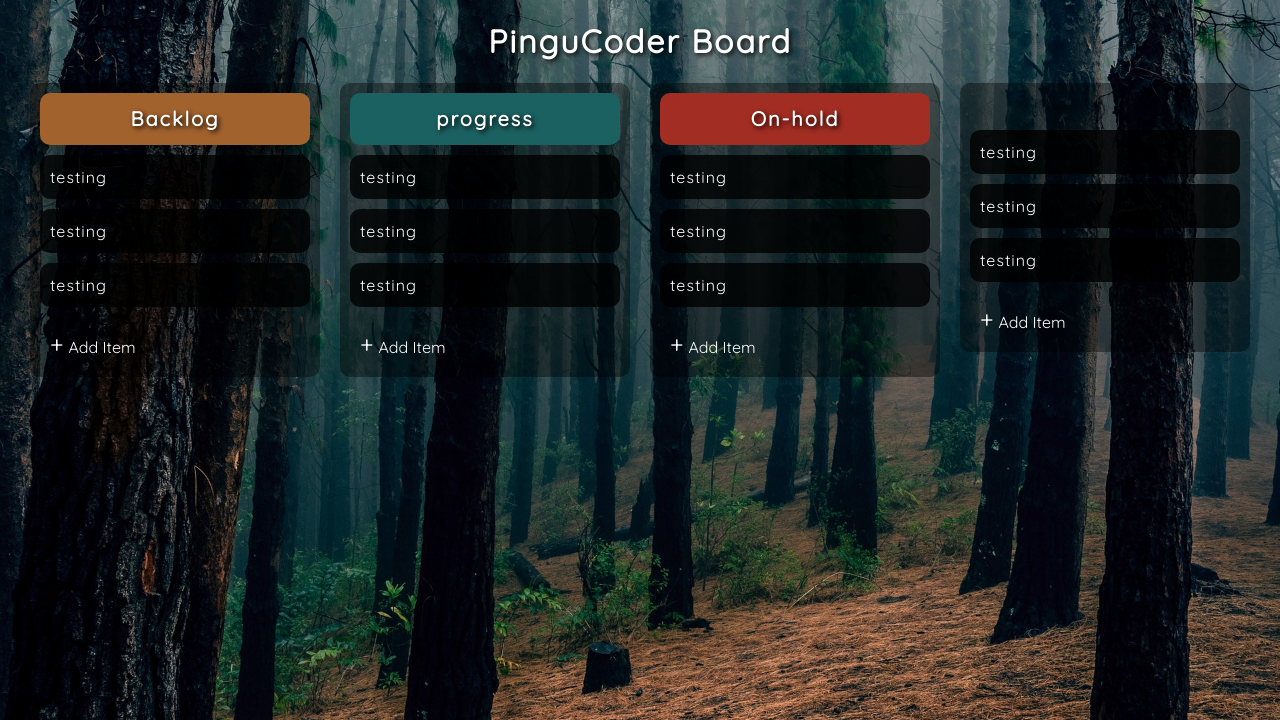
Repository: chanwarichawki/6Drag-And-Drop
Page: index.html
An editor plug-in stored every save of this project. The page is shown before and after a run of saves, followed by the edit.
The browser window is 1280 px wide. The pictures show the whole page.

Above is the page before, as saved 2023-12-25 19:20:03.

### index.html
<!DOCTYPE html>
<html lang="en">
<head>
    <meta charset="UTF-8">
    <meta name="viewport" content="width=device-width, initial-scale=1.0">
    <title>Drag and Drop</title>
    <link rel="icon" type="image/png" href="favicon.png">
    <link rel="stylesheet" href="style.css">
</head>
<body>
    <h1 class="main-title">PinguCoder Board</h1>
    <div class="drag-container">
      <ul class="drag-list">
        <!-- backLog column -->
        <li class="drag-column backlog-column">
        <span class="header">
          <h1>Backlog</h1>
        </span>
        <!-- backLog content -->
        <div class="backlog-content">
          <ul class="drag-item-list" id="backlog-list">
            <li class="drag-item">testing</li>
            <li class="drag-item">testing</li>
            <li class="drag-item">testing</li>
          </ul>
        </div>
        <!-- add button group -->
        <div class="add-btn-group">
          <div class="add-btn">
            <span class="plus-sign">+</span>
            <span>Add Item</span>
          </div>
          <div class="add-btn solid">
            <span>Sve Item</span>
          </div>
          <div class="add-container">
            <div class="add-item"></div>
          </div>
        </div>
      </li>


        <!-- progress column -->
        <li class="drag-column progress-column">
        <span class="header">
          <h1>progress</h1>
        </span>
        <!-- progress content -->
        <div class="progress-content">
          <ul class="drag-item-list" id="progress-list">
            <li class="drag-item">testing</li>
            <li class="drag-item">testing</li>
            <li class="drag-item">testing</li>
          </ul>
        </div>
        <!-- add button group -->
        <div class="add-btn-group">
          <div class="add-btn">
            <span class="plus-sign">+</span>
            <span>Add Item</span>
          </div>
          <div class="add-btn solid">
            <span>Sve Item</span>
          </div>
          <div class="add-container">
            <div class="add-item"></div>
          </div>
        </div>
      </li>


        <!-- on-hold column -->
        <li class="drag-column on-hold-column">
        <span class="header">
          <h1>On-hold</h1>
        </span>
        <!-- on-hold content -->
        <div class="on-hold-content">
          <ul class="drag-item-list" id="on-hold-list">
            <li class="drag-item">testing</li>
            <li class="drag-item">testing</li>
            <li class="drag-item">testing</li>
          </ul>
        </div>
        <!-- add button group -->
        <div class="add-btn-group">
          <div class="add-btn">
            <span class="plus-sign">+</span>
            <span>Add Item</span>
          </div>
          <div class="add-btn solid">
            <span>Sve Item</span>
          </div>
          <div class="add-container">
            <div class="add-item"></div>
          </div>
        </div>
      </li>


        <!--  column -->
        <li class="drag-column -column">
        <span class="header">
          <h1></h1>
        </span>
        <!--  content -->
        <div class="-content">
          <ul class="drag-item-list" id="-list">
            <li class="drag-item">testing</li>
            <li class="drag-item">testing</li>
            <li class="drag-item">testing</li>
          </ul>
        </div>
        <!-- add button group -->
        <div class="add-btn-group">
          <div class="add-btn">
            <span class="plus-sign">+</span>
            <span>Add Item</span>
          </div>
          <div class="add-btn solid">
            <span>Sve Item</span>
          </div>
          <div class="add-container">
            <div class="add-item"></div>
          </div>
        </div>
      </li>


      </ul>
    </div>
    <!-- Script -->
    <script src="script.js"></script>
</body>
</html>

### style.css
/* Trees Image - Pexels: https://www.pexels.com/photo/photo-of-trees-in-forest-3801030/ */
@import url("https://fonts.googleapis.com/css?family=Quicksand&display=swap");

html {
  box-sizing: border-box;
}

:root {
  --column-1: #a2622d;
  --column-2: #1b6161;
  --column-3: #248224;
  --column-4: #a22d22;
}

body {
  margin: 0;
  background: url("./trees.jpg");
  background-size: cover;
  background-position: 50% 60%;
  background-attachment: fixed;
  color: white;
  font-family: Quicksand, sans-serif;
  overflow-y: hidden;
}

h1 {
  letter-spacing: 2px;
  text-shadow: 2px 2px 5px black;
}

.main-title {
  text-align: center;
  font-size: 3rem;
}

ul {
  list-style-type: none;
  margin: 0;
  padding: 0;
}

.drag-container {
  margin: 20px;
}

.drag-list {
  display: flex;
  align-items: flex-start;
}

/* Columns */
.drag-column {
  flex: 1;
  margin: 0 10px;
  position: relative;
  background-color: rgba(0, 0, 0, 0.4);
  border-radius: 10px;
  overflow-x: hidden;
}

.backlog-column .header,
.backlog-column .solid,
.backlog-column .solid:hover,
.backlog-column .over {
  background-color: var(--column-1);
}

.progress-column .header,
.progress-column .solid,
.progress-column .solid:hover,
.progress-column .over {
  background-color: var(--column-2);
}

.complete-column .header,
.complete-column .solid,
.complete-column .solid:hover,
.complete-column .over {
  background-color: var(--column-3);
}

.on-hold-column .header,
.on-hold-column .solid,
.on-hold-column .solid:hover,
.on-hold-column .over {
  background-color: var(--column-4);
}

/* Custom Scrollbar */
.custom-scroll {
  overflow-y: auto;
  max-height: 75vh;
}

.custom-scroll::-webkit-scrollbar-track {
  box-shadow: inset 0 0 6px rgba(0, 0, 0, 0.4);
  border-radius: 10px;
  background-color: rgba(255, 255, 255, 0.3);
  margin-right: 5px;
}

.custom-scroll::-webkit-scrollbar {
  width: 10px;
}

.custom-scroll::-webkit-scrollbar-thumb {
  border-radius: 10px;
  box-shadow: inset 0 0 6px rgba(0, 0, 0, 0.3);
  background-color: rgba(0, 0, 0, 0.8);
}

.header {
  display: flex;
  justify-content: center;
  border-radius: 10px;
  margin: 10px;
}

.header h1 {
  font-size: 1.25rem;
}

/* Drag and Drop */
.over {
  padding: 50px 10px;
}

.drag-item-list {
  min-height: 50px;
}

.drag-item {
  margin: 10px;
  padding: 10px;
  height: fit-content;
  background-color: rgba(0, 0, 0, 0.8);
  border-radius: 10px;
  line-height: 1.5rem;
  letter-spacing: 1px;
  cursor: pointer;
}

.drag-item:focus {
  outline: none;
  background-color: white;
  color: black;
}

/* Add Button Group */
.add-btn-group {
  display: flex;
  justify-content: space-between;
}

.add-btn {
  margin: 10px;
  padding: 5px 10px;
  display: flex;
  align-items: center;
  cursor: pointer;
  width: fit-content;
  border-radius: 5px;
  transition: all 0.3s ease-in;
  user-select: none;
}

.add-btn:hover {
  background-color: rgba(255, 255, 255, 0.9);
  color: black;
}

.add-btn:active {
  transform: scale(0.97);
}

.solid {
  display: none;
}

.solid:hover {
  transition: unset;
  filter: brightness(95%);
  color: white;
}

.plus-sign {
  font-size: 1.5rem;
  margin-right: 5px;
  position: relative;
  top: -3px;
}

.add-container {
  margin: 10px;
  padding: 5px 10px;
  border-radius: 10px;
  background-color: rgba(255, 255, 255, 0.9);
  min-height: 100px;
  display: none;
}

.add-item {
  width: 100%;
  min-height: 100px;
  height: auto;
  background-color: white;
  border-radius: 10px;
  margin: 5px auto;
  resize: none;
  color: black;
  padding: 10px;
}

.add-item:focus {
  outline: none;
}

/* Media Query: Laptop */
@media screen and (max-width: 1800px) {
  .main-title {
    font-size: 2rem;
  }
}

/* Media Query: Large Smartphone (Vertical) */
@media screen and (max-width: 600px) {
  body {
    overflow-y: auto;
  }

  .drag-container {
    margin: 0;
  }

  .drag-list {
    display: block;
  }

  .drag-column {
    margin: 10px;
  }
}

### script.js
const addBtns = document.querySelectorAll('.add-btn:not(.solid)');
const saveItemBtns = document.querySelectorAll('.solid');
const addItemContainers = document.querySelectorAll('.add-container');
const addItems = document.querySelectorAll('.add-item');
// Item Lists
const itemLists = document.querySelectorAll('.drag-item-list');
const backlogList = document.getElementById('backlog-list');
const progressList = document.getElementById('progress-list');
const completeList = document.getElementById('complete-list');
const onHoldList = document.getElementById('on-hold-list');

// Items


// Initialize Arrays
let backlogListArray = [];
let progressListArray = [];
let completeListArray = [];
let onHoldListArray = [];

// Drag Functionality


// Get Arrays from localStorage if available, set default values if not
function getSavedColumns() {
  if (localStorage.getItem('backlogItems')) {
    backlogListArray = JSON.parse(localStorage.backlogItems);
    progressListArray = JSON.parse(localStorage.progressItems);
    completeListArray = JSON.parse(localStorage.completeItems);
    onHoldListArray = JSON.parse(localStorage.onHoldItems);
  } else {
    backlogListArray = ['Release the course', 'Sit back and relax'];
    progressListArray = ['Work on projects', 'Listen to music'];
    completeListArray = ['Being cool', 'Getting stuff done'];
    onHoldListArray = ['Being uncool'];
  }
}

// Set localStorage Arrays
function updateSavedColumns() {
  localStorage.setItem('backlogItems', JSON.stringify(backlogListArray));
  localStorage.setItem('progressItems', JSON.stringify(progressListArray));
  localStorage.setItem('completeItems', JSON.stringify(completeListArray));
  localStorage.setItem('onHoldItems', JSON.stringify(onHoldListArray));
}

// Create DOM Elements for each list item
function createItemEl(columnEl, column, item, index) {
  console.log('columnEl:', columnEl);
  console.log('column:', column);
  console.log('item:', item);
  console.log('index:', index);
  // List Item
  const listEl = document.createElement('li');
  listEl.classList.add('drag-item');

}

// Update Columns in DOM - Reset HTML, Filter Array, Update localStorage
function updateDOM() {
  // Check localStorage once

  // Backlog Column

  // Progress Column

  // Complete Column

  // On Hold Column

  // Run getSavedColumns only once, Update Local Storage


}

After the next 2 saves:
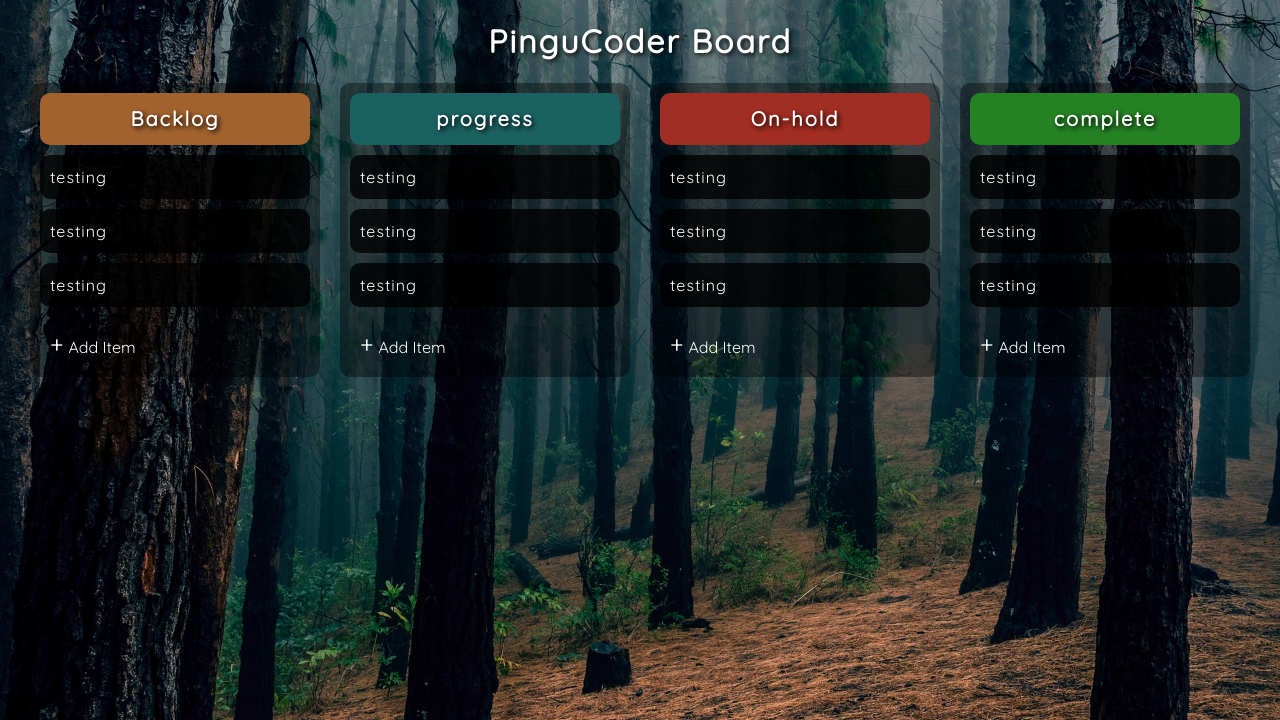
The 2 saves are shown as one change because they came seconds apart.
The last was saved 6 s later.
--- a/index.html
+++ b/index.html
@@ -98,14 +98,14 @@
       </li>
 
 
-        <!--  column -->
-        <li class="drag-column -column">
+        <!-- complete column -->
+        <li class="drag-column complete-column">
         <span class="header">
-          <h1></h1>
+          <h1>complete</h1>
         </span>
-        <!--  content -->
-        <div class="-content">
-          <ul class="drag-item-list" id="-list">
+        <!-- complete content -->
+        <div class="complete-content">
+          <ul class="drag-item-list" id="complete-list">
             <li class="drag-item">testing</li>
             <li class="drag-item">testing</li>
             <li class="drag-item">testing</li>
